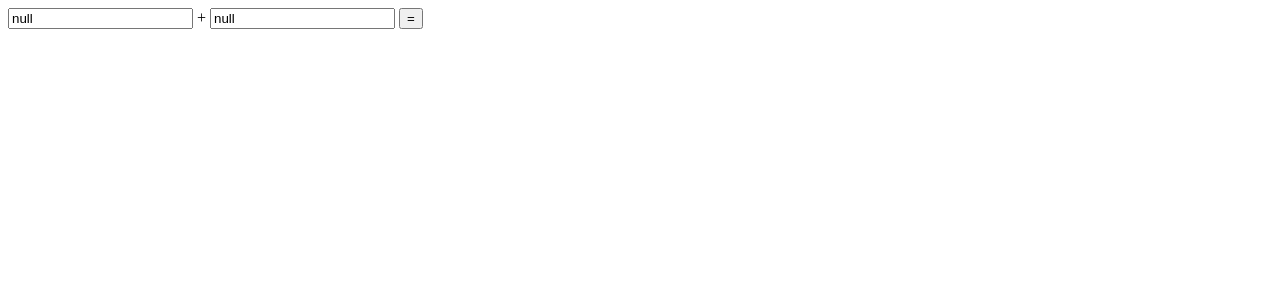
Repository: jessie9527/Java_Brad
Page: http://localhost/BradWeb/Brad08
An editor plug-in stored every save of this project. The page is shown before and after the next save, followed by the edit.
The browser window is 1280 px wide. The pictures show the whole page.
The page is served by Tomcat 9. Other server files are loaded and not shown.

Above is the page before, as saved 2023-05-09 03:37:03.

### BradWeb/src/main/java/tw/brad/ok/Brad08.java
package tw.brad.ok;

import java.io.IOException;
import java.io.PrintWriter;

import javax.servlet.ServletException;
import javax.servlet.annotation.WebServlet;
import javax.servlet.http.HttpServlet;
import javax.servlet.http.HttpServletRequest;
import javax.servlet.http.HttpServletResponse;


@WebServlet("/Brad08")
public class Brad08 extends HttpServlet {

	protected void doGet(HttpServletRequest request, HttpServletResponse response) throws ServletException, IOException {

		String x = request.getParameter("x");
		String y = request.getParameter("y");
		String result = "";
		try {
			int temp = Integer.parseInt(x) + Integer.parseInt(y);
			result += temp;
		}catch(Exception e){

		}

		response.setContentType("text/html; charset=UTF-8");
		PrintWriter out = response.getWriter();
		out.append("<form>")
		.append(String.format("<input name='x' value='%s' />\n", x))
		.append("+\n")
		.append(String.format("<input name='y' value='%s' />\n", y))
		.append("<input type='submit' value='='>\n")
		.append(result)
		.append("</form>");

	}
}

After the next save:
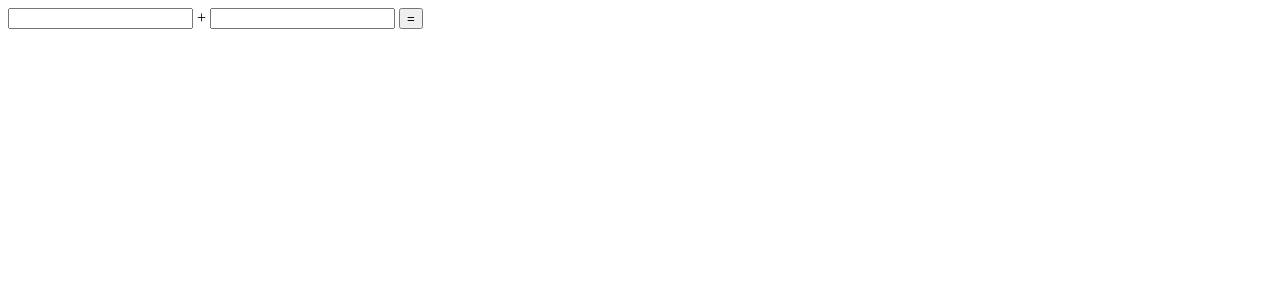
Saved 39 s later.
--- a/BradWeb/src/main/java/tw/brad/ok/Brad08.java
+++ b/BradWeb/src/main/java/tw/brad/ok/Brad08.java
@@ -22,7 +22,7 @@ public class Brad08 extends HttpServlet {
 			int temp = Integer.parseInt(x) + Integer.parseInt(y);
 			result += temp;
 		}catch(Exception e){
-
+			x = y = "";
 		}
 
 		response.setContentType("text/html; charset=UTF-8");
